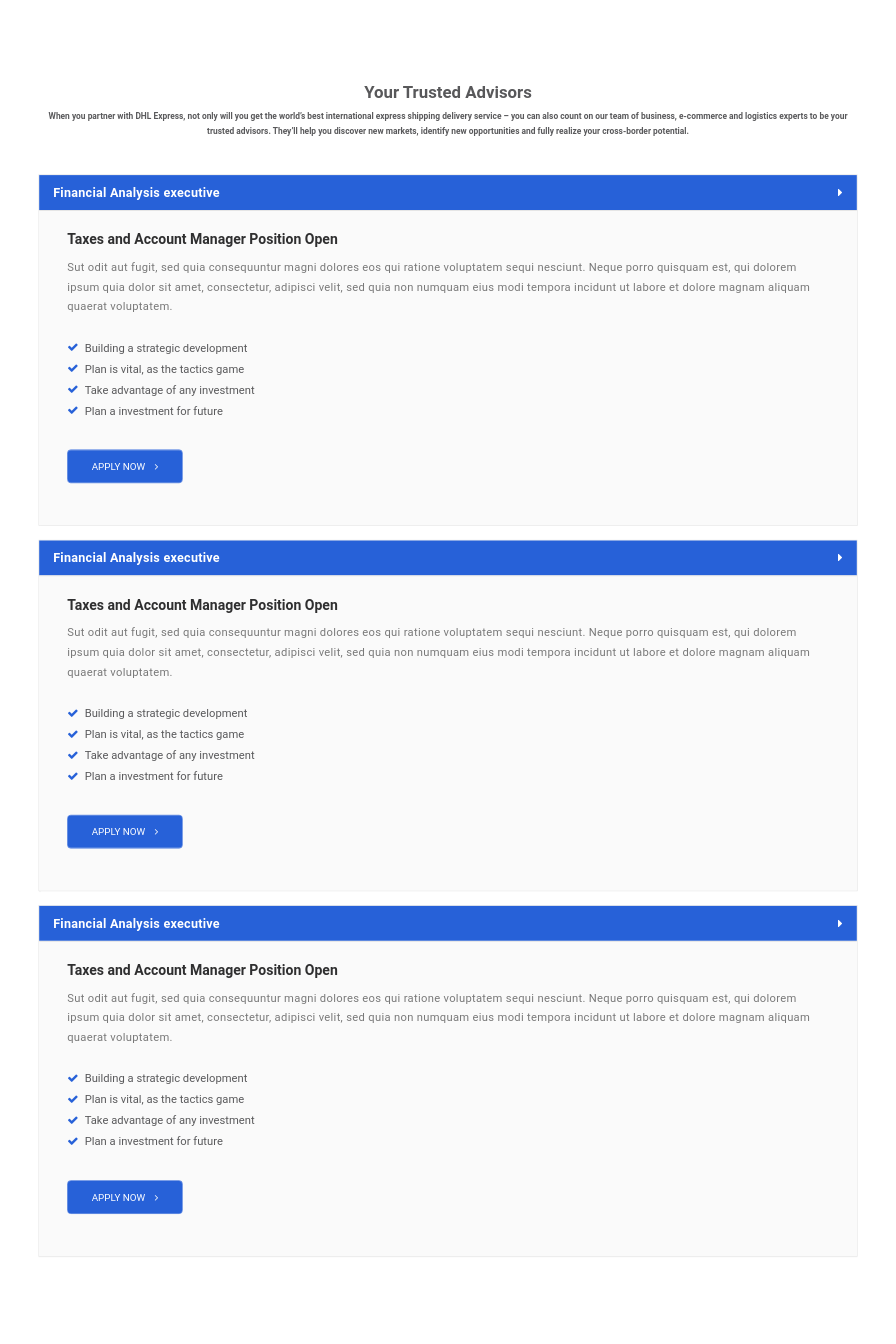
Repository: greatchriz/shipery
Page: http://localhost/
The author's editor kept a copy of each file at every save. The page is drawn from the files as they stood at one save, then again after a run of saves.
The browser window is 1280 px wide. The pictures show the part of the page from y = 1233 to 3153 px (the page is 4490 px tall before and 3422 px after), at 70% of full size.
The page is served by the project's Laravel application, run on PHP 8.4 with Laravel 10.

Above is the page before, as saved 2024-02-02 17:36:12.
Console error: TypeError: navbar.affix is not a function

After the next 2 saves:
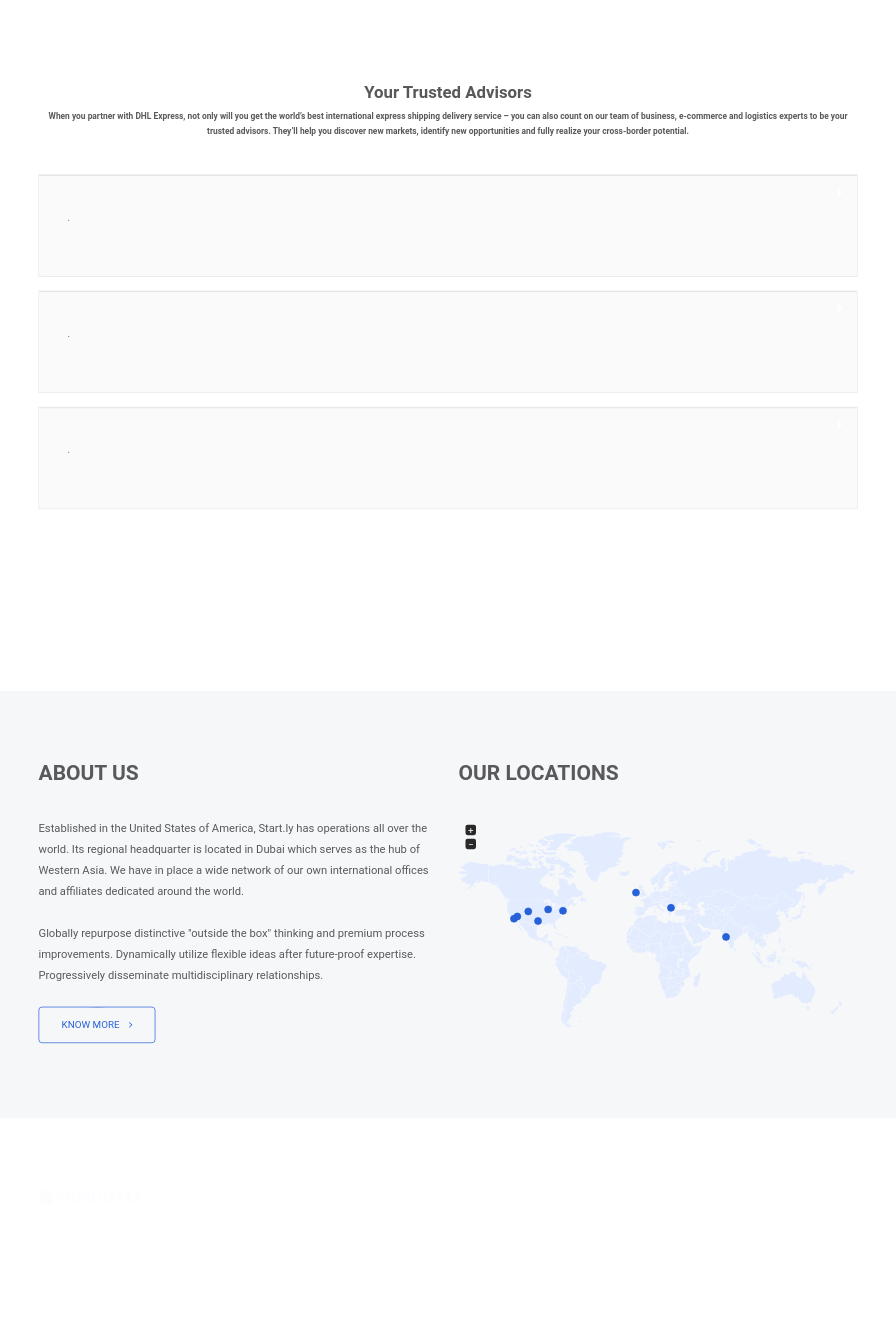
The 2 saves are shown as one change because 1 did not build or start.
The last was saved 2 min 42 s later.
--- a/resources/views/components/sections/get_quote.blade.php
+++ b/resources/views/components/sections/get_quote.blade.php
@@ -1,4 +1,4 @@
-@props(['id' => 'hc1', 'href' => 'hcs1'])
+@props(['id' => 'hc1', 'href' => 'hcs1', 'title' => '', 'content' => ''])
 <div class="panel panel-default">
 
 
@@ -17,7 +17,7 @@
                             aria-expanded="true"
                             aria-controls="{{ $href }}"
                     >
-                            Financial Analysis executive
+                    {{ $title }}
                             <i
                                     class="fa fa-caret-right"
                                     aria-hidden="true"
@@ -33,45 +33,9 @@
             aria-labelledby="{{ $id }}"
     >
             <div class="panel-body">
-                    <h3>Taxes and Account Manager Position Open</h3>
-                    <p>Sut odit aut fugit, sed quia consequuntur
-                            magni dolores eos qui ratione voluptatem
-                            sequi nesciunt. Neque porro quisquam
-                            est, qui dolorem ipsum quia dolor sit
-                            amet, consectetur, adipisci velit, sed
-                            quia non numquam eius modi tempora
-                            incidunt ut labore et dolore magnam
-                            aliquam quaerat voluptatem.</p>
-                    <ul class="s_list">
-                            <li><a href="#"><i
-                                                    class="fa fa-check"
-                                                    aria-hidden="true"
-                                            ></i>Building a
-                                            strategic development
-                                    </a></li>
-                            <li><a href="#"><i
-                                                    class="fa fa-check"
-                                                    aria-hidden="true"
-                                            ></i>Plan is vital, as
-                                            the tactics game</a>
-                            </li>
-                            <li><a href="#"><i
-                                                    class="fa fa-check"
-                                                    aria-hidden="true"
-                                            ></i>Take advantage of
-                                            any investment </a></li>
-                            <li><a href="#"><i
-                                                    class="fa fa-check"
-                                                    aria-hidden="true"
-                                            ></i>Plan a investment
-                                            for future</a></li>
-                    </ul>
-                    <button
-                            type="submit"
-                            value="submit your quote"
-                            class="btn submit_blue form-control"
-                    >Apply Now <i
-                                    class="fa fa-angle-right"></i></button>
+                    <h3>{{ $title }}</h3>
+                    <p>{{ $content}}.</p>
+
             </div>
     </div>
 </div>
